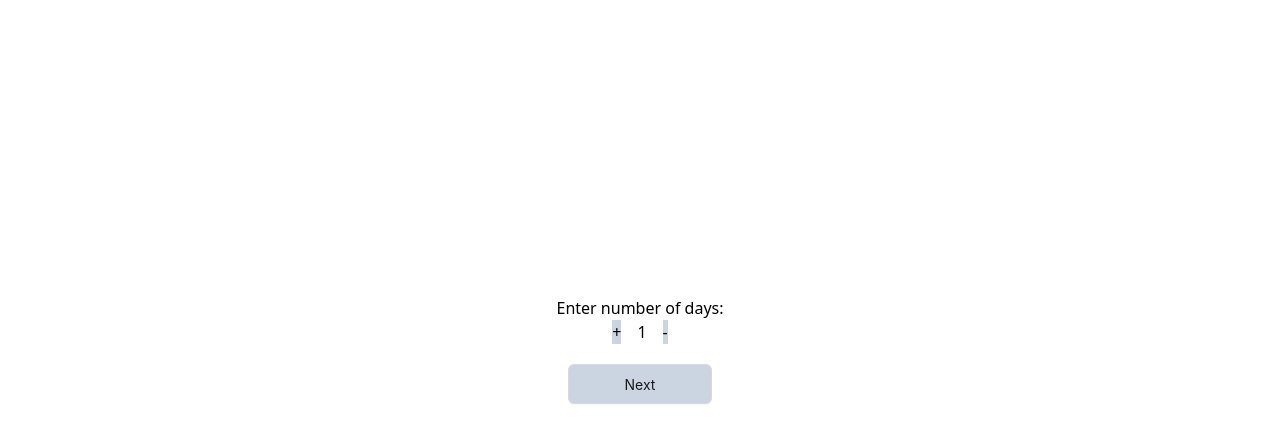
Repository: hjzccc/travel-planner
Page: /days
These files come from the project's save history. The page is drawn as it stood at one moment and after the next save; the edit follows.
The browser window is 1280 px wide. The pictures show the whole page.
The project was rebuilt for these pictures with package versions that can differ from the ones it lists, and the page was loaded fresh each time. The framework's server and built-in components were replaced by stand-ins that run in the browser. Also part of the build but not shown: next.config.js.

Above is the page before, as saved 2023-06-19 23:53:51.

After the next save:
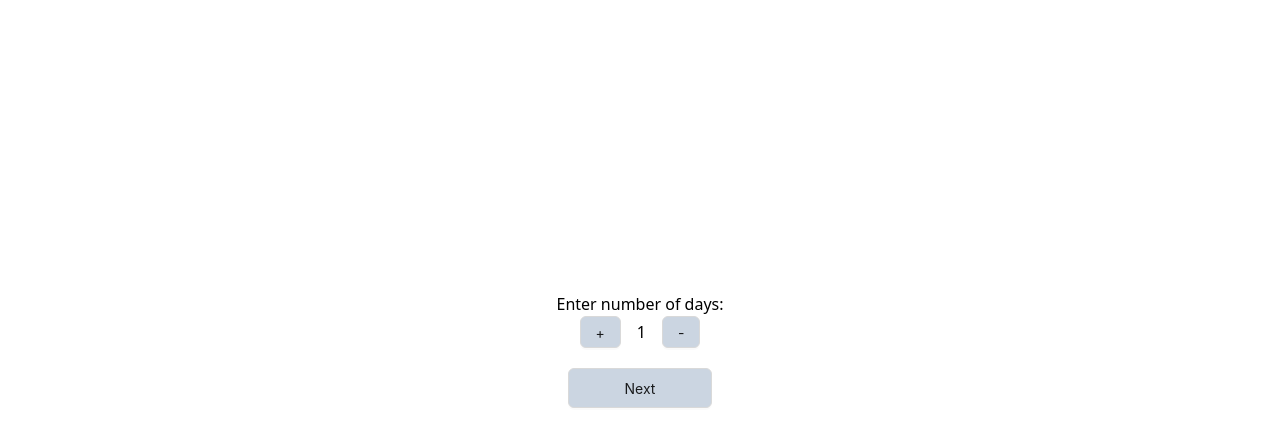
Saved 2 min 13 s later.
--- a/app/days/page.tsx
+++ b/app/days/page.tsx
@@ -12,7 +12,7 @@ function Page() {
       <div className="flex flex-col items-center">
         <p>Enter number of days:</p>
         <div>
-          <button
+          <Button
             className="mx-4 bg-slate-300"
             onClick={() => {
               if (days < 7) {
@@ -21,9 +21,9 @@ function Page() {
             }}
           >
             +
-          </button>
+          </Button>
           {days}
-          <button
+          <Button
             className="mx-4 bg-slate-300"
             onClick={() => {
               if (days > 1) {
@@ -32,7 +32,7 @@ function Page() {
             }}
           >
             -
-          </button>
+          </Button>
         </div>
         <Button
           className="h-10 my-5 bg-slate-300 w-36"
